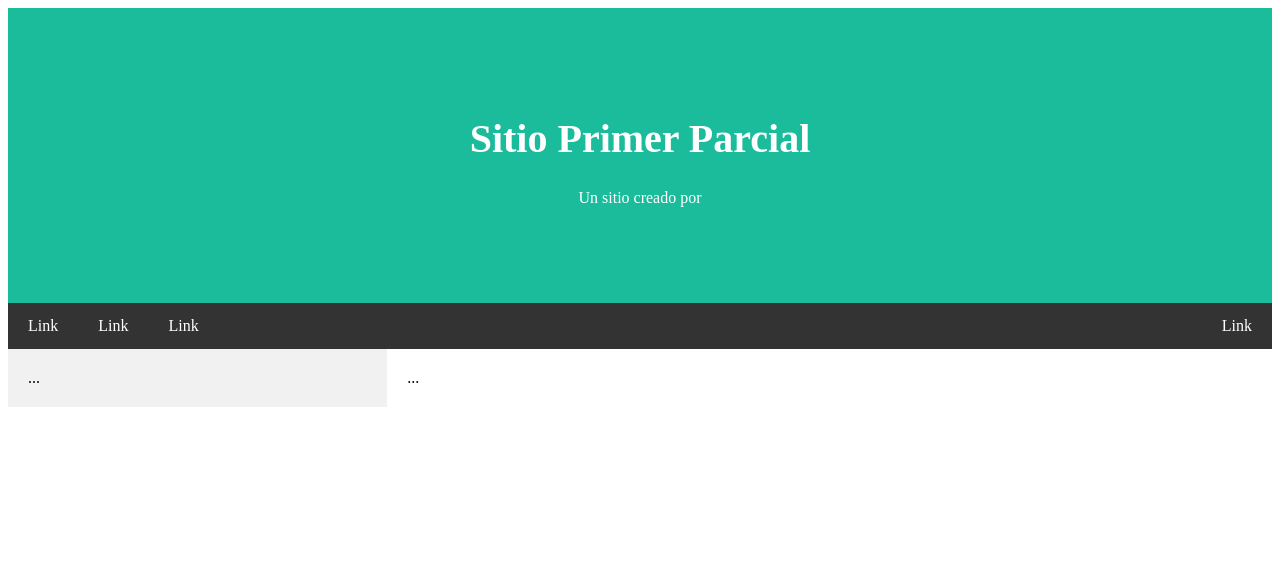
Repository: Dogueen/miniProyectoUniversidad
Page: miniProyecto/miniProyecto.html
These files come from the project's save history. The page is drawn as it stood at one moment and after the next save; the edit follows.
The browser window is 1280 px wide. The pictures show the whole page.

Above is the page before, as saved 2023-10-27 16:22:27.

After the next save:
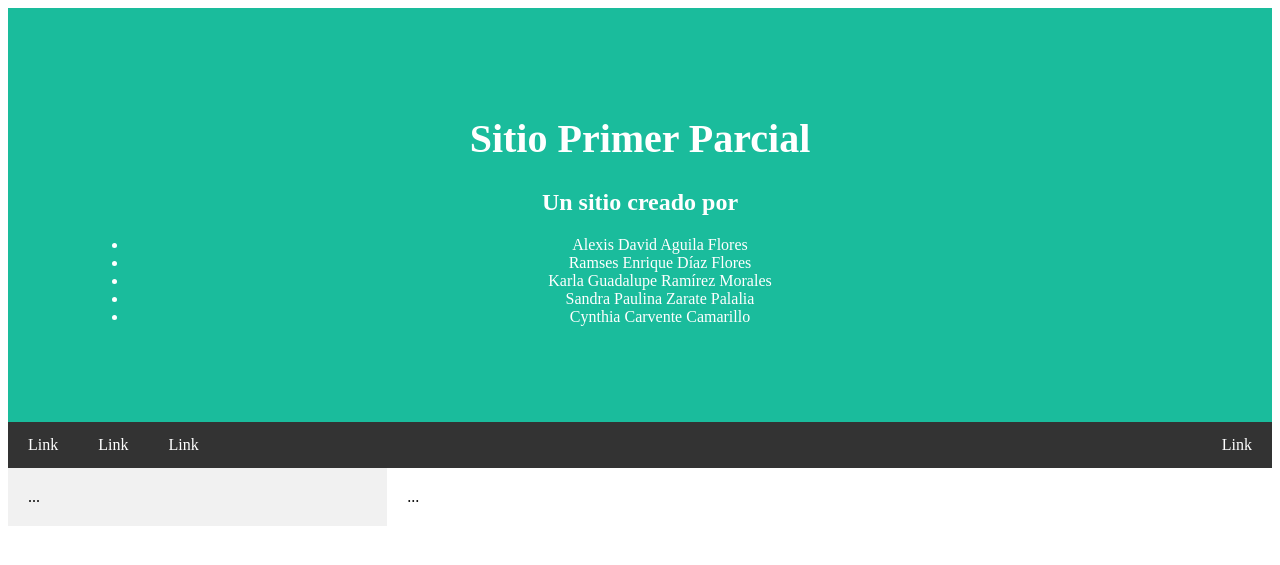
Saved 4 min 36 s later.
--- a/miniProyecto/miniProyecto.html
+++ b/miniProyecto/miniProyecto.html
@@ -14,7 +14,14 @@
     <body>
         <div class="header">
             <h1>Sitio Primer Parcial</h1>
-            <ph2></ph2>Un sitio creado por</p>
+            <h2> Un sitio creado por</h2>
+            <ul>
+                <li>Alexis David Aguila Flores</li>
+                <li>Ramses Enrique Díaz Flores</li>
+                <li>Karla Guadalupe Ramírez Morales</li>
+                <li>Sandra Paulina Zarate Palalia</li>
+                <li>Cynthia Carvente Camarillo</li>
+            </ul>
         </div>
 
         <div class="navbar">
